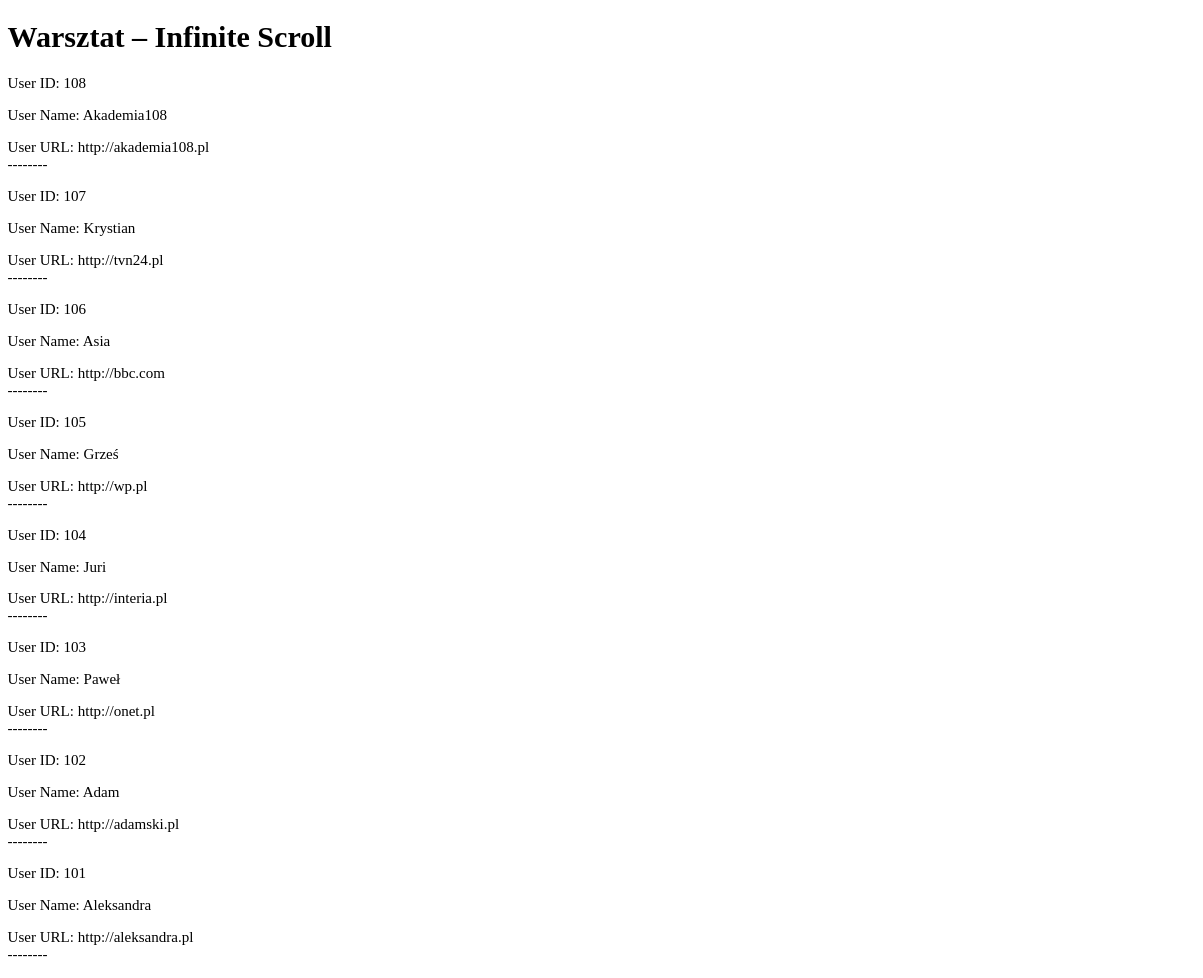
Repository: magdaf41/AJAX
Page: zadanie 4/index.html
These files come from the project's save history. The page is drawn as it stood at one moment and after the next save; the edit follows.
The browser window is 1280 px wide. The pictures show the whole page, at 94% of full size.
The page's requests for data from a server got no answer.

Above is the page before, as saved 2020-09-14 22:18:34.

### zadanie 4/index.html
<!DOCTYPE html>
<html lang="en">

<head>
    <meta charset="UTF-8">
    <meta name="viewport" content="width=device-width, initial-scale=1.0">
    <title>Warsztat – Infinite Scroll</title>
    <link rel="stylesheet" href="css/style.css">
</head>

<body>

    <h1>Warsztat – Infinite Scroll</h1>

    <p>User ID: 108</p>
    <p>User Name: Akademia108</p>
    <p>User URL: http://akademia108.pl<br>--------</p>

    <p>User ID: 107</p>
    <p>User Name: Krystian</p>
    <p>User URL: http://tvn24.pl<br>--------</p>

    <p>User ID: 106</p>
    <p>User Name: Asia</p>
    <p>User URL: http://bbc.com<br>--------</p>

    <p>User ID: 105</p>
    <p>User Name: Grześ</p>
    <p>User URL: http://wp.pl<br>--------</p>

    <p>User ID: 104</p>
    <p>User Name: Juri</p>
    <p>User URL: http://interia.pl<br>--------</p>

    <p>User ID: 103</p>
    <p>User Name: Paweł</p>
    <p>User URL: http://onet.pl<br>--------</p>

    <p>User ID: 102</p>
    <p>User Name: Adam</p>
    <p>User URL: http://adamski.pl<br>--------</p>

    <p>User ID: 101</p>
    <p>User Name: Aleksandra</p>
    <p>User URL: http://aleksandra.pl<br>--------</p>

    <script src="js/script.js"></script>
</body>

</html>

### zadanie 4/css/style.css
ul#errors li {
    color: red;
}

p#msg {
    color: green;
}

### zadanie 4/js/script.js
let endOfThePage = 0;


const getData = () => {
    console.log('getData()');

    fetch('https://akademia108.pl/api/ajax/get-users.php')
        .then(res => res.json())
        .then(data => {

            let body = document.body;
            let hr = document.createElement('hr');
            body.appendChild(hr);

            for(let user of data){
                let pId = document.createElement('p');
                let pName = document.createElement('p');
                let pWebsite = document.createElement('p');

                pId.innerText = `User ID: ${user.id}`;
                pName.innerText = `Name: ${user.name}`;
                pWebsite.innerHTML = `User URL: ${user.website}<br />------------`;



                body.appendChild(pId);
                body.appendChild(pName);
                body.appendChild(pWebsite);

            }
            console.log(data);
        })
        .catch(error => {
            console.error(error);
        });
}

const scrollToEndOfPage = () => {

    let d = document.documentElement;
    let scrollHeight = d.scrollHeight;
    let scrollTop = d.scrollTop;
    let clientHeight = d.clientHeight;
    let sumScrollTopClientHeight = Math.ceil(scrollTop + clientHeight);


    console.log(`scrollHeight: ${scrollHeight}`);
    console.log(`sumScrollTopClientHeight: ${sumScrollTopClientHeight}`);
    console.log(`scrollTop: ${scrollTop}`);
    console.log(`clientHeight: ${clientHeight}`);

    console.log('======================')

    if (sumScrollTopClientHeight >= scrollHeight) {

        endOfThePage += 1;
        console.log(`Scrolled to the end of page: ${endOfThePage}`);

        getData();
    }

    // console.log('scrollToEndOfPage');


}
window.addEventListener('scroll', scrollToEndOfPage);

After the next save:
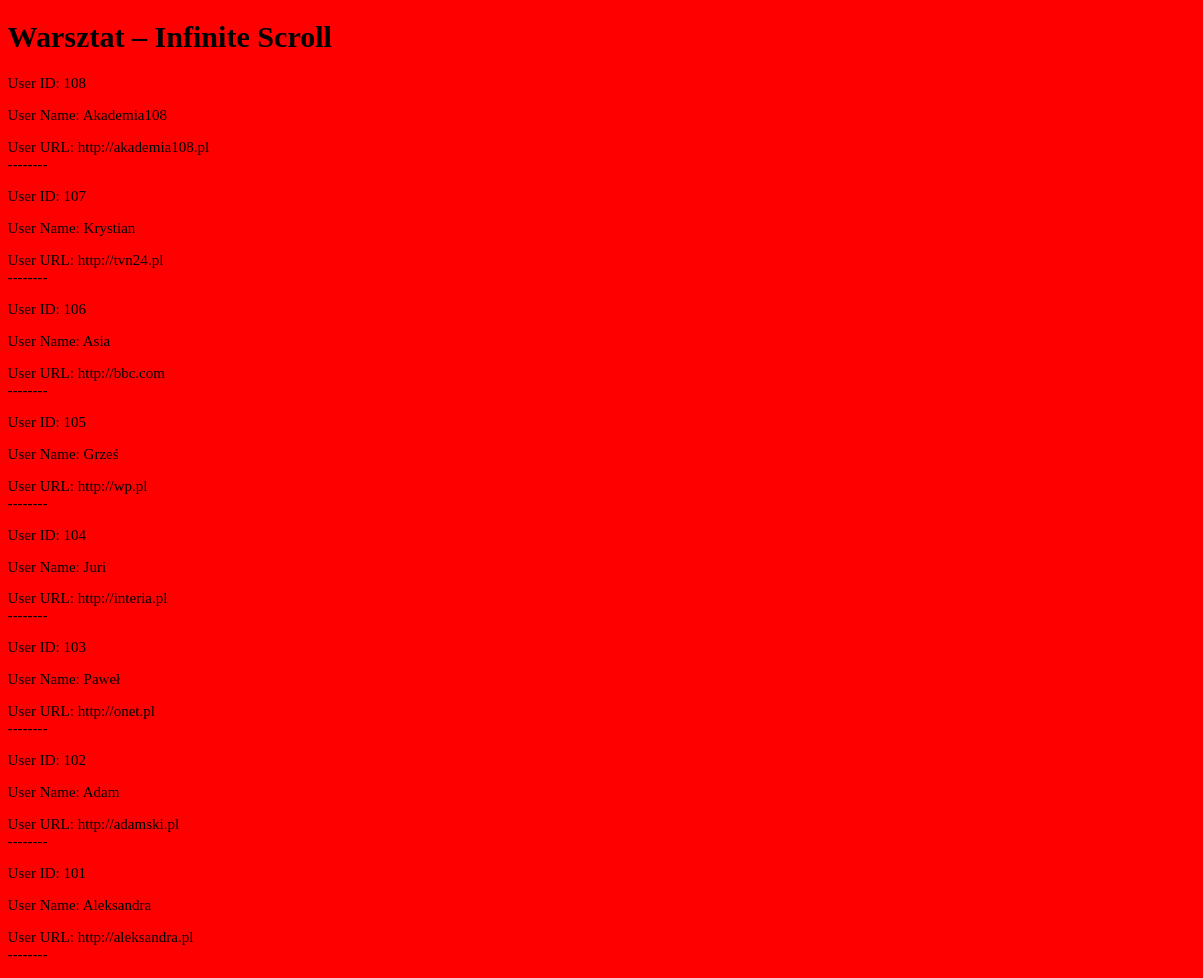
Saved 30 s later.
--- a/zadanie 4/css/style.css
+++ b/zadanie 4/css/style.css
@@ -1,7 +1,3 @@
-ul#errors li {
-    color: red;
+body{
+    background-color: red;;
 }
-
-p#msg {
-    color: green;
-}
